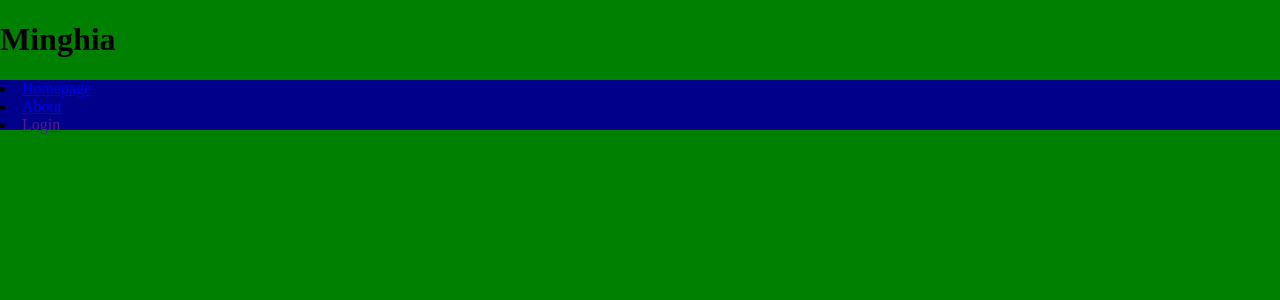
Repository: LauLupu/Progetto
Page: http://localhost/
An editor plug-in stored every save of this project. The page is shown before and after the next save, followed by the edit.
The browser window is 1280 px wide. The pictures show the whole page.
The page is served by the project's Laravel application, run on PHP 8.4 with Laravel 8. Other server files are loaded and not shown.

Above is the page before, as saved 2021-08-14 03:56:55.

### routes/web.php
<?php

use App\Http\Controllers\inventoryController;
use Illuminate\Support\Facades\Route;

/*
|--------------------------------------------------------------------------
| Web Routes
|--------------------------------------------------------------------------
|
| Here is where you can register web routes for your application. These
| routes are loaded by the RouteServiceProvider within a group which
| contains the "web" middleware group. Now create something great!
|
*/

Route::get('/', function () {
    return view('navbar');
});

Route::get('list',[inventoryController::class,'show']);


Route::get('/dashboard', function () {
    return view('dashboard');
})->middleware(['auth'])->name('dashboard');

require __DIR__.'/auth.php';

### resources/views/navbar.blade.php
<!DOCTYPE html>
<html lang="en">
<head>
    <meta charset="UTF-8">
    <meta http-equiv="X-UA-Compatible" content="IE=edge">
    <meta name="viewport" content="width=device-width, initial-scale=1.0">
    <title>Document</title>
</head>
<style>
    body {
        background-color: green;
        margin: 0px;
    }
    .navbar {
        width: 100%;
        height: 50px;
        background-color: darkblue;
    }
    .navbar ol {
        display: flex;
        flex-direction: row;
    }
</style>
<body>
<h1>Minghia</h1>
<nav class="navbar">
    <li><a href="/">Homepage</a></li>
    <li><a href="/">About</a></li>
    <li><a href="">Login</a></li>
</nav>
</body>
</html>

Loaded but not shown: routes/auth.php (common file)

After the next save:
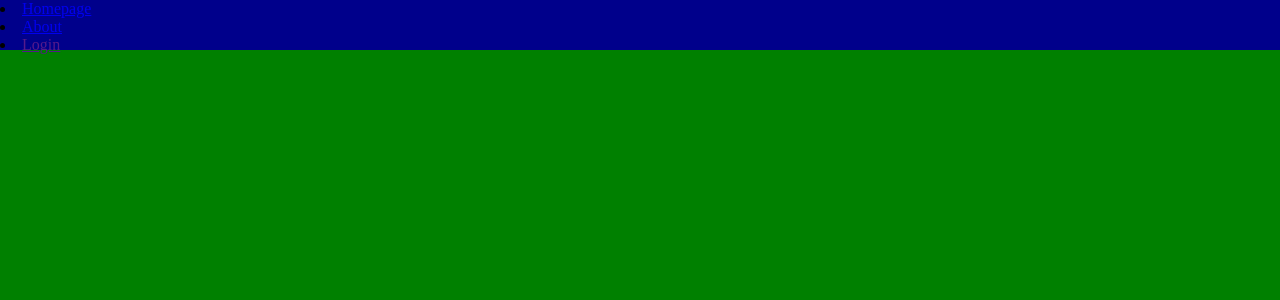
Saved 70 s later.
--- a/resources/views/navbar.blade.php
+++ b/resources/views/navbar.blade.php
@@ -22,7 +22,6 @@
     }
 </style>
 <body>
-<h1>Minghia</h1>
 <nav class="navbar">
     <li><a href="/">Homepage</a></li>
     <li><a href="/">About</a></li>
